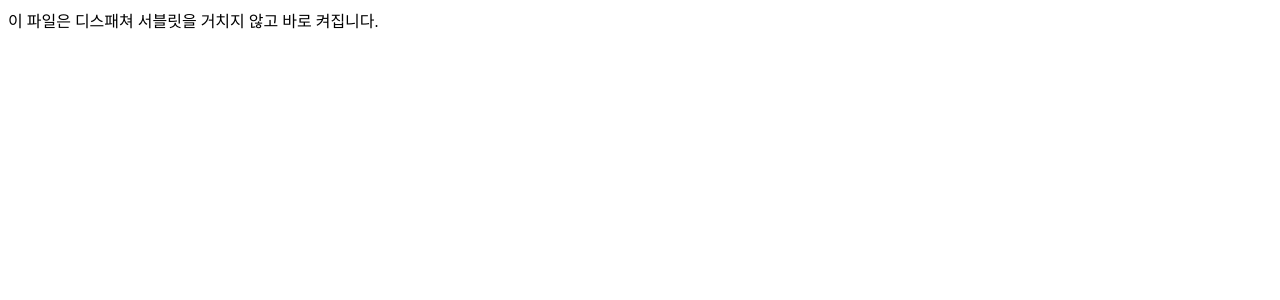
Repository: groovyplanet/spring_basic
Page: http://localhost/SpringBasic/resources/hello.jsp
The author's editor kept a copy of each file at every save. The page is drawn from the files as they stood at one save, then again after the next save.
The browser window is 1280 px wide. The pictures show the whole page.
The page is served by Tomcat 9. Nobody is signed in. The application's start-up code is not run. Other server files are loaded and not shown.

Above is the page before, as saved 2024-08-01 07:18:22.

### SpringBasic/src/main/webapp/resources/hello.jsp
<%@ page language="java" contentType="text/html; charset=UTF-8"
    pageEncoding="UTF-8"%>
<!DOCTYPE html>
<html>
<head>
<meta charset="UTF-8">
<title>Insert title here</title>
</head>
<body>
	이 파일은 디스패쳐 서블릿을 거치지 않고 바로 켜집니다.
</body>
</html>

After the next save:
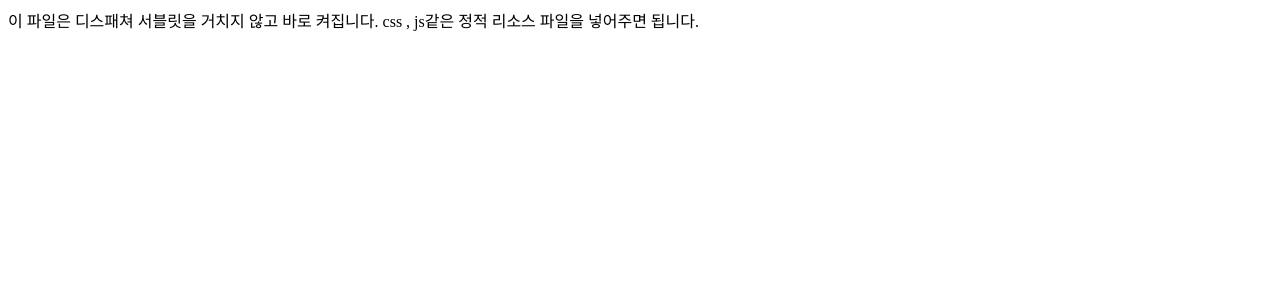
Saved 45 s later.
--- a/SpringBasic/src/main/webapp/resources/hello.jsp
+++ b/SpringBasic/src/main/webapp/resources/hello.jsp
@@ -8,5 +8,6 @@
 </head>
 <body>
 	이 파일은 디스패쳐 서블릿을 거치지 않고 바로 켜집니다.
+	css , js같은 정적 리소스 파일을 넣어주면 됩니다.
 </body>
 </html>
